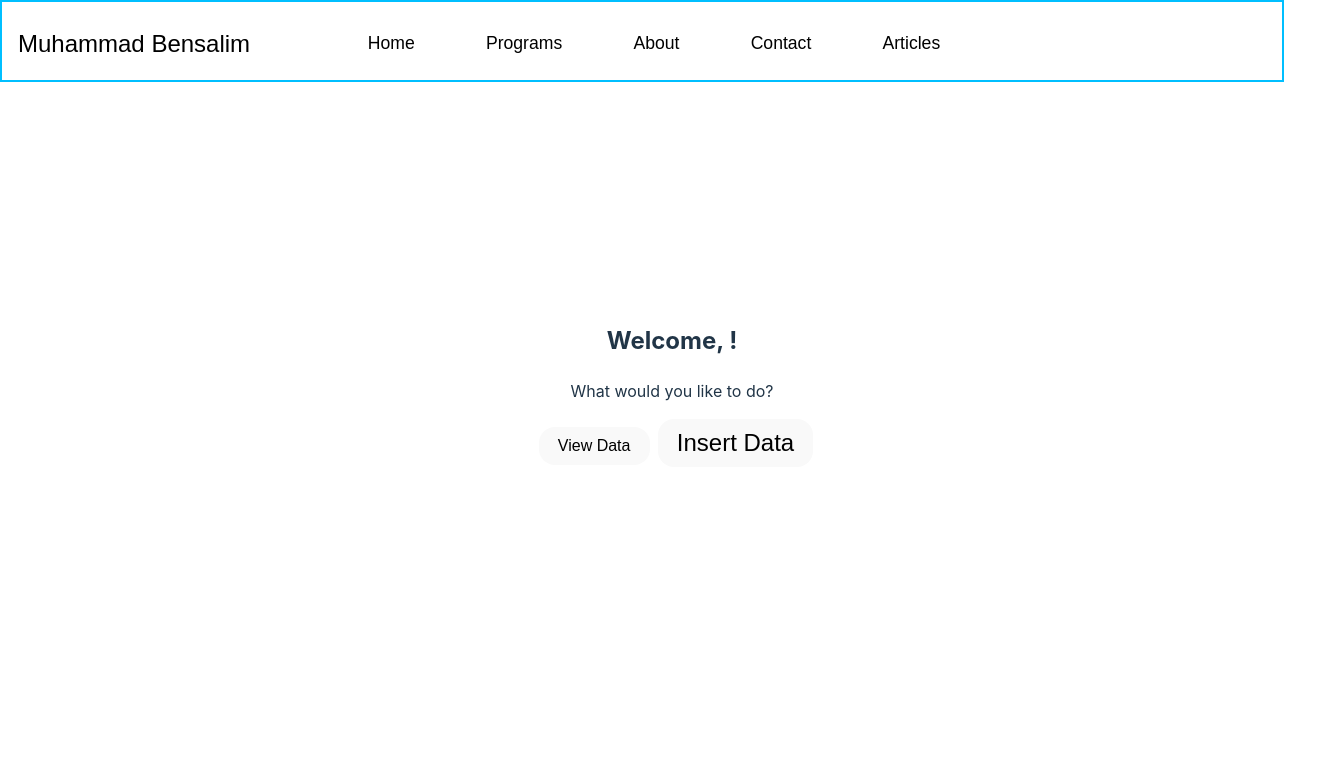
Repository: TMuse333/fitness_templates
Page: /progress
These files come from the project's save history. The page is drawn as it stood at one moment and after the next save; the edit follows.
The browser window is 1280 px wide. The page is 1344 px wide, so the pictures cover 1344 px, including what lies to the right of the window. The pictures show the whole page.
The project was rebuilt for these pictures with package versions that can differ from the ones it lists, and the page was loaded fresh each time. Also part of the build but not shown: vite.config.js, src/components/herobanner/herobanner.css, src/components/herobanner/herobanner.jsx, src/components/about/about.css, src/components/about/about.jsx, src/components/serviceOffering/serviceOffering.css, src/components/serviceOffering/serviceOffering.jsx, src/components/content/content.css and 37 more. Imported but missing from the stored project, and not drawn on this page: src/media/best_dunk.mp4.

Above is the page before, as saved 2024-03-14 18:36:34.

After the next save:
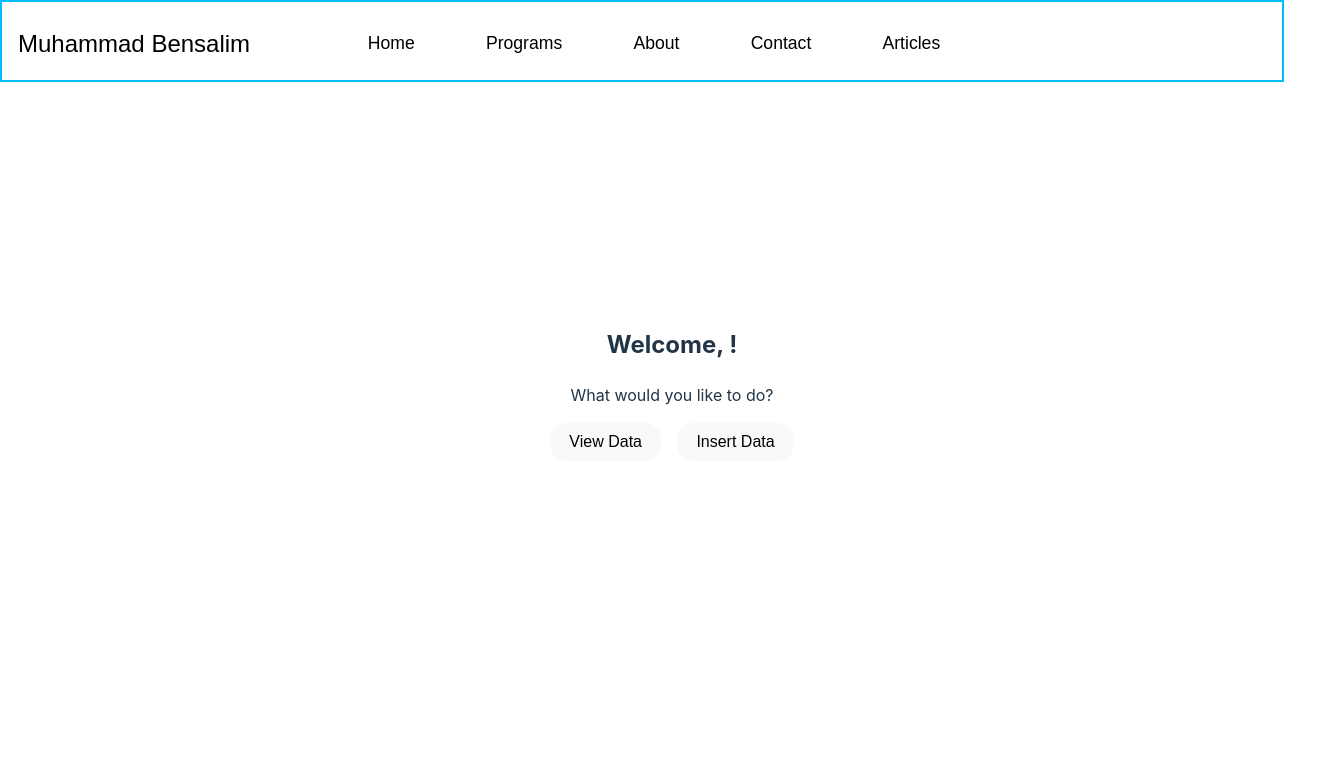
Saved 9 s later.
--- a/src/components/login/Login.jsx
+++ b/src/components/login/Login.jsx
@@ -102,9 +102,7 @@ setViewData, setInsertData } = useWorkout();
 
       <button className="tracker-button"
       onClick={handleViewData}>View Data</button>
-      <button style={{
-        // marginLeft:'1rem'
-      }}
+      <button className="tracker-button"
        onClick={handleInsertData}>Insert Data</button>
     </div>
   )
